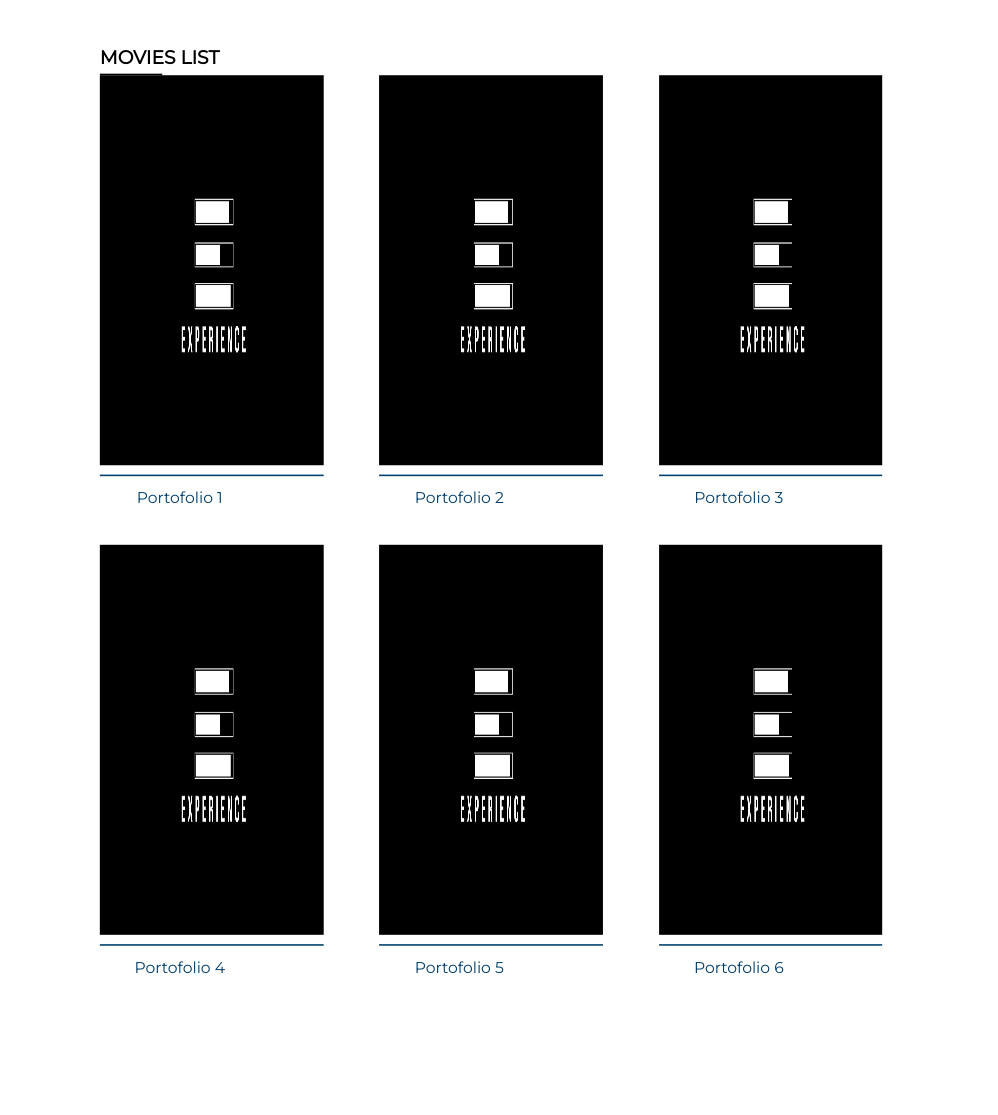
Repository: Ryuzuky07/expweb_movie
Page: HTML/movie1.html
An editor plug-in stored every save of this project. The page is shown before and after a run of saves, followed by the edit.
The browser window is 1280 px wide. The pictures show the part of the page from y = 761 to 2252 px (the page is 2191 px tall before and 2252 px after), at 78% of full size.
Some web libraries are served in a nearby version.

Above is the page before, as saved 2021-11-26 11:52:41.
Console error: TypeError: Cannot read properties of undefined (reading 'style')

### HTML/movie1.html
<!DOCTYPE html>
<html lang="en">
<head>
    <meta charset="UTF-8">
    <meta http-equiv="X-UA-Compatible" content="IE=edge">
    <meta name="viewport" content="width=device-width, initial-scale=1.0">
    <link rel="stylesheet" href="/CSS/movie.css">
    <link rel="preconnect" href="https://fonts.googleapis.com">
    <link rel="preconnect" href="https://fonts.gstatic.com" crossorigin>
    <link href="https://fonts.googleapis.com/css2?family=Montserrat&display=swap" rel="stylesheet">
    <link rel="stylesheet" href="https://cdnjs.cloudflare.com/ajax/libs/font-awesome/4.7.0/css/font-awesome.min.css">
    <script src="https://kit.fontawesome.com/d6e78495c8.js" crossorigin="anonymous"></script>
    <script src="https://ajax.googleapis.com/ajax/libs/jquery/3.5.1/jquery.min.js"></script>
    <title>Document</title>

</head>
<body>
        <nav class="navbar fixed-top">

            <div class="logo">
                <img class="logo" src="/IMG/blackLogoexp.png" alt="">
            </div>
            <div class="inner-main-nav">
                <ul>
                    <li><a href="">Movies</a></li>
                    <li><a href="">Tv-Series</a></li>
                    <li><a href="">Genre</a></li>
                    <li>
                    <div class="toggle">
                        <div class="circle"></div>
                        <div class="toggle-moon"><i class="fas fa-moon"></i></div> <!--Icon bulan-->
                        <div class="toggle-sun"><i class="fas fa-sun"></i></div> <!--Icon matahari-->
                    </div>
                </li>
                <br><br>
                <h4>MASIH TAHAP ROMBAK!</h4>
                    <li>
                        <div class="search">
                            <div class="icon"></div>
                            <div class="input">
                                <input type="text" placeholder="search" id="search">
                                <span class="clear"></span>
                            </div>
                        </div>
                    </li>

                </ul>
            </div>
        </nav>

        <section id="carousel">

            <!-- carousel -->
           <div class="img-slider">
               <div class="slide">
                   <img src="https://i.ytimg.com/vi/mjCwJz5DiWQ/maxresdefault.jpg" alt="">
                   <div class="info">
                       <h2>slide 1</h2>
                       <p>Lorem ipsum dolor, sit amet consectetur adipisicing elit. Animi velit pariatur, maiores, ipsam non consequatur quam illum, eius commodi voluptatum debitis. Adipisci voluptates molestias eligendi est beatae illo laborum veritatis?</p>
                   </div>
               </div>
               <div class="slide">
                <img src="https://i.ytimg.com/vi/mjCwJz5DiWQ/maxresdefault.jpg" alt="">
                <div class="info">
                    <h2>slide 2</h2>
                    <p>Lorem ipsum dolor, sit amet consectetur adipisicing elit. Animi velit pariatur, maiores, ipsam non consequatur quam illum, eius commodi voluptatum debitis. Adipisci voluptates molestias eligendi est beatae illo laborum veritatis?</p>
                </div>
            </div>
            <div class="slide">
                <img src="https://i.ytimg.com/vi/mjCwJz5DiWQ/maxresdefault.jpg" alt="">
                <div class="info">
                    <h2>slide 3</h2>
                    <p>Lorem ipsum dolor, sit amet consectetur adipisicing elit. Animi velit pariatur, maiores, ipsam non consequatur quam illum, eius commodi voluptatum debitis. Adipisci voluptates molestias eligendi est beatae illo laborum veritatis?</p>
                </div>
            </div>
           </div>
    </section>

        <div class="container">
            <h2 class="movie">MOVIES LIST</h2>
            <div class="garis"></div>

            <section >
                <div class="porto">
                  <div class="folio"><img src="/IMG/explogo.jpg" alt=""><p>Portofolio 1</p></div>
                  <div class="folio"><img src="/IMG/explogo.jpg" alt=""><p>Portofolio 2</p></div>
                  <div class="folio"><img src="/IMG/explogo.jpg" alt=""><p>Portofolio 3</p></div>
                </div>
                <div class="porto">
                  <div class="folio"><img src="/IMG/explogo.jpg" alt=""><p>Portofolio 4</p></div>
                  <div class="folio"><img src="/IMG/explogo.jpg" alt=""><p>Portofolio 5</p></div>
                  <div class="folio"><img src="/IMG/explogo.jpg" alt=""><p>Portofolio 6</p></div>
                </div>
              </section>
        </div>




    <script src="/JS/darkmode.js"></script>
    <script src="/JS/carousel.js"></script>
    <script src="/JS/search.js"></script>
</body>
</html>

### CSS/movie.css


/* Body */

* {
    margin: 0;
    padding: 0;
    font-family: 'Montserrat', sans-serif;
}
body{
   line-height: 1.8;
   min-height: 100vh;
}

/* Navbar */
.navbar{
   background-color: white;
   padding: 1% 0 0;
   box-shadow: 0 0 5px;

}
.inner-main-nav{
   max-width: 100%;
   margin: auto;
}
.inner-main-nav ul{
   text-align: right;
   margin: 0 5%;
   padding: 1.5% 0;
}
.inner-main-nav ul li{
   float: none;
   display: inline-block;
}
.inner-main-nav ul li a {
   margin: 0 60px;
   text-decoration: none;
   color: black;
   font-size: 20px;
   font-weight: bold;
}
.inner-main-nav ul li:nth-child(1), .inner-main-nav ul li:nth-child(2){
float: left;
}
.inner-main-nav ul li:nth-child(5){
    margin-right: 100%;
}
.logo{
   width: 30%;
   height: 40%;
   position: absolute;
   left: 35%;
}


/* toggle */
html {
   transition: 0.4s;
}

.dark-mode {
   background-color: black;
   color: white;
}

.toggle {
   width: 45px;
   height: 25px;
   border-radius: 30px;
   font-size: 16px;
   display: flex;
   text-align: center;
   align-items: center;
   cursor: pointer;
   background: black;
   color: white;
}

.circle {
   width: 20px;
   height: 20px;
   transform: translateX(2px);
   border-radius: 30px;
   transition: 0.4s;
   position: absolute;
   background: white;
}

.dark-mode .circle {
   transform: translateX(23px)
}

.toggle-moon, .toggle-sun {
   width: 50%;
}
.dark-mode .circle {
    transform: translateX(23px)
}


/* search animation */
.search {
   position: relative;
   width: 30px;
   height: 30px;
   margin-left: 50px;
   margin-right: 50px;
   background: white;
   border-radius: 60px;
   transition: 0.5s;
   box-shadow: 0 0 0 5px black;
   overflow: hidden;
}
.search.active{
   width: 360px;

}
.search .input{
   position: relative;
   width: 300px;
   height: 60px;
   left: 50px;
   display: flex;
   justify-content: center;
   align-items: center;
}
.search .input input{
   position: absolute;
   top: 0;
   width: 100%;
   height: 6%;
   border: none;
   outline: none;
   font-size: 18px;
   padding: 15px 0;
}
.search .icon {
   position: absolute;
   width: 30px;
   height: 30px;
   background: white;
   border-radius: 60px;
   display: flex;
   justify-content: center;
   align-items: center;
   z-index: 1000;
}
.search .icon::before {
   content: '';
   position: absolute;
   width: 12px;
   height: 12px;
   border: 2px solid black;
   border-radius: 50%;
   transform: translate(-2px, -2px);

}
.search .icon::after {
   content: '';
   position: absolute;
   height: 6px;
   border: 2px solid black;
   transform: translate(6px, 6px) rotate(315deg);
}
.clear{
position: absolute;
top: 26%;
transform: translateY(-50%);
width: 15px;
height: 15px;
right: 1px;
cursor: pointer;
display: flex;
justify-content: center;
align-items: center;
}
.clear::before{
   position: absolute;
   content: "";
   width: 1px;
   height: 10px;
   background: grey;
   transform: rotate(45deg);
}
.clear::after{
   position: absolute;
   content: "";
   width: 1px;
   height: 10px;
   background: grey;
   transform: rotate(315deg);
}



/* carousel */
#carousel{
   justify-content: center;
   align-items: center;
   display: flex;
}
.img-slider{
   position: relative;
   width: 100%;
   height: 500px;

}
.img-slider .slide{
   z-index: 1;
   position: absolute;
   width: 100%;
}
.img-slider .slide img{
   z-index: 1;
   width: 100%;
   height: 80vh;
   border-radius: 5px;
}
.img-slider .slide .info {
   position: absolute;
   bottom: 0;
   padding: 15px 30px;
}
.img-slider .slide .info h2{
   color: white;
   font-size: 45px;
   text-transform: uppercase;
   font-weight: 800;
   letter-spacing: 2px;
}
.img-slider .slide .info p{
   color: white;
   background-color: rgba(0, 0, 0, 0.1);
   font-size: 16px;
   width: 60%;
   padding: 10px;
   border-radius: 4px;
}









/* MOVIE */
.garis{
   border-bottom: 2px solid;
   width: 80px;
}
.container ,.movie  .garis{
    margin: 10%;
}
.porto{
    max-height: 100%;
    display: flex;

}
.folio:hover{
    box-shadow:  5px 10px 8px 10px #888888;
}
.porto .folio{
    min-width: 20%;
    height: 500px;
    text-align: center;
    background-color: transparent;
    margin-right: 15%;
    margin-bottom: 10%;
    transition: 0.5s;
    justify-items: center;
}
.porto .folio > img{
    width: 140%;
    height: 500px;
    padding-bottom: 12px;
    border-bottom: 2px solid #003F6D;
}
.porto .folio p {
    text-align: left ;
    color: #003F6D;
    font-family: 'Montserrat', sans-serif;
    font-size: 20px;
    margin-bottom: 50%;
}

### JS/darkmode.js
var html = $("html")

$(function darkmode() {
    $(".toggle").click(function() {
        if (html.hasClass("dark-mode")) {
            html.removeClass("dark-mode");
            localStorage.setItem("dark-mode", false);
        }

        else {
            html.addClass("dark-mode");
            localSotrage.setItem("dark-mode", true);
        }
    })
})



if (localStorage.getItem("dark-mode") == "true") {
	$(" html").addClass("dark-mode");
}

var slideIndex = 1;
showSlides(slideIndex);

function plusSlides(n) {
  showSlides(slideIndex += n);
}

function currentSlide(n) {
  showSlides(slideIndex = n);
}

function showSlides(n) {
  var i;
  var slides = document.getElementsByClassName("slidepicture");
  var dots = document.getElementsByClassName("dot");
  if (n > slides.length) {slideIndex = 1}
  if (n < 1) {slideIndex = slides.length}
  for (i = 0; i < slides.length; i++) {
      slides[i].style.display = "none";
  }
  for (i = 0; i < dots.length; i++) {
      dots[i].className = dots[i].className.replace(" active", "");

  }
  slides[slideIndex-1].style.display = "block";
  dots[slideIndex-1].className += " active";

}

### JS/carousel.js
var couter = 1;
setInterval(function() {
  document.getElementById('radio' + couter).checked = true;
  couter++;
  if(couter > 3) {
    couter = 1;
  }
}, 5000);;

### JS/search.js
var icon = document.querySelector('.icon');
var search = document.querySelector('.search');

icon.onclick = function () {
    search.classList.toggle('active')
}

After the next 3 saves:
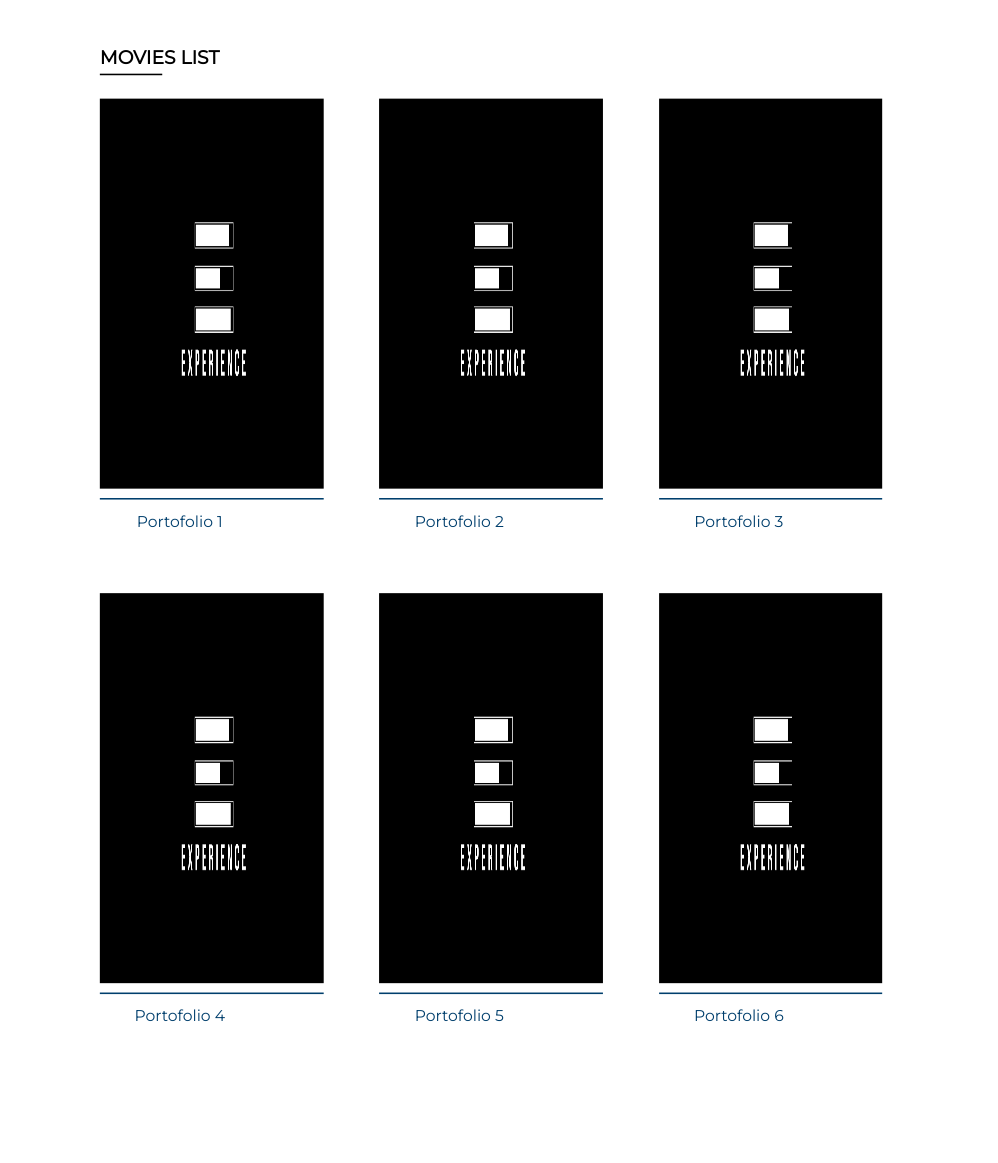
The 3 saves are shown as one change because they came seconds apart.
The last was saved 14 s later.
--- a/CSS/movie.css
+++ b/CSS/movie.css
@@ -256,6 +256,7 @@ align-items: center;
 .porto{
     max-height: 100%;
     display: flex;
+    margin-top: 3%;
 
 }
 .folio:hover{
